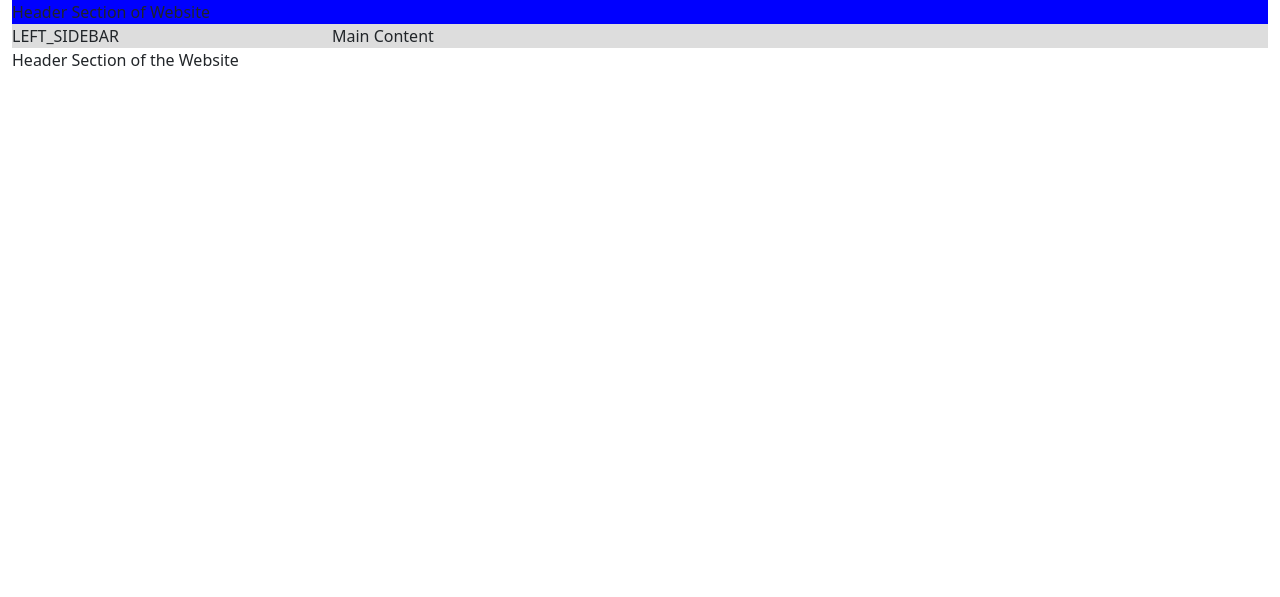
Repository: Dayvid0/BOOTSTRAP-TUTORIALS
Page: BOOTSTRAP-GRID-LAYOUTS/index.html
These files come from the project's save history. The page is drawn as it stood at one moment and after the next save; the edit follows.
The browser window is 1280 px wide. The pictures show the whole page.

Above is the page before, as saved 2025-01-24 10:17:31.

### BOOTSTRAP-GRID-LAYOUTS/index.html
<!doctype html>
<html lang="en">
  <head>
    <!-- Required meta tags -->
    <meta charset="utf-8">
    <meta name="viewport" content="width=device-width, initial-scale=1">
    <!-- Bootstrap CSS -->
    <link href="https://cdn.jsdelivr.net/npm/bootstrap@5.0.2/dist/css/bootstrap.min.css" rel="stylesheet" integrity="sha384-EVSTQN3/azprG1Anm3QDgpJLIm9Nao0Yz1ztcQTwFspd3yD65VohhpuuCOmLASjC" crossorigin="anonymous">
    <link rel="stylesheet" href="./style.css">
    <title>Hello, world!</title>
  </head>
  <body>
  <div class="container-fluid">
    <div class="header">
      Header Section of Website
    </div>
    <div class="content">
      <div class="row">
        <div class="col-3 sidebar">
          LEFT_SIDEBAR
        </div>
        <div class="col-9 main-content">
          Main Content
      </div>
    </div>
  </div>
  <div class="footer">
    Header Section of the Website
  </div>
    <script src="https://cdn.jsdelivr.net/npm/bootstrap@5.0.2/dist/js/bootstrap.bundle.min.js" integrity="sha384-MrcW6ZMFYlzcLA8Nl+NtUVF0sA7MsXsP1UyJoMp4YLEuNSfAP+JcXn/tWtIaxVXM" crossorigin="anonymous"></script>
  </body>
</html>

### BOOTSTRAP-GRID-LAYOUTS/style.css
.header {
  background-color: blue;
}
.content {
  background-color: #ddd;
}
.footer {
  background-color: rgba(red);
}

After the next save:
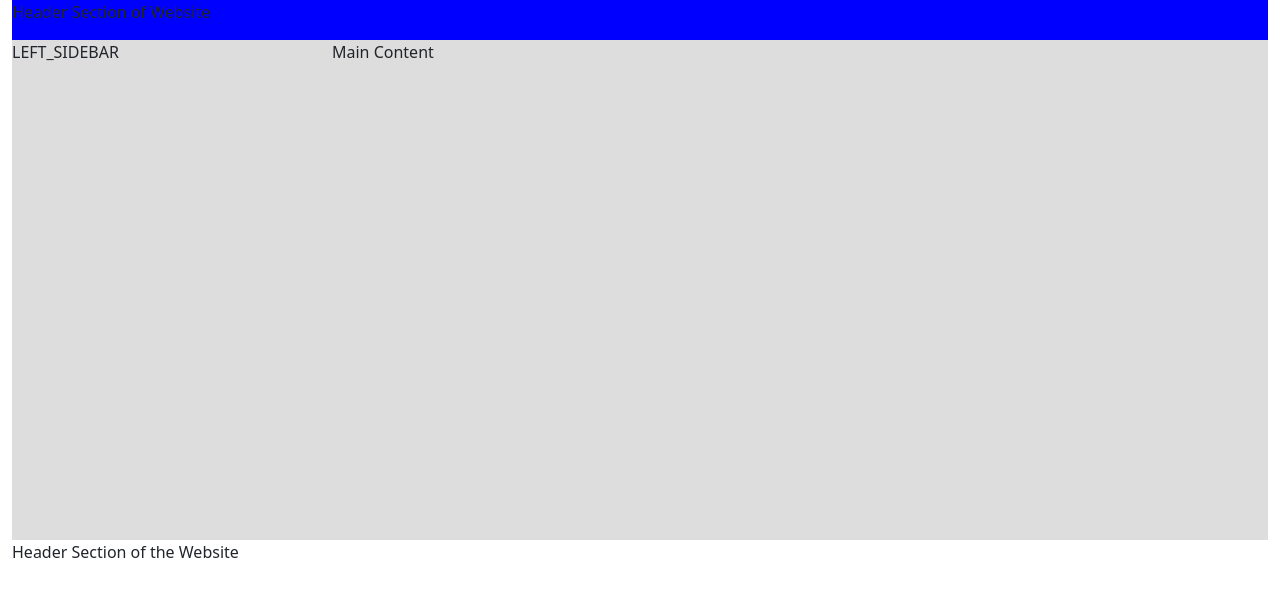
Saved 39 s later.
--- a/BOOTSTRAP-GRID-LAYOUTS/style.css
+++ b/BOOTSTRAP-GRID-LAYOUTS/style.css
@@ -1,8 +1,10 @@
 .header {
   background-color: blue;
+  height: 40px;
 }
 .content {
   background-color: #ddd;
+  min-height: 500px;
 }
 .footer {
   background-color: rgba(red);
